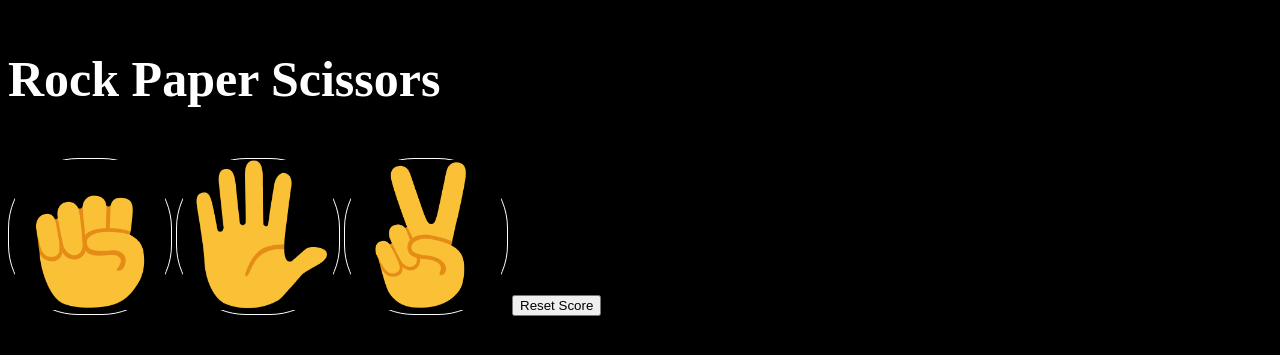
Repository: pgyunknown/Rock_paper_scissors-
Page: index.html
The author's editor kept a copy of each file at every save. The page is drawn from the files as they stood at one save, then again after the next save.
The browser window is 1280 px wide. The pictures show the whole page.

Above is the page before, as saved 2024-08-30 17:05:54.

After the next save:
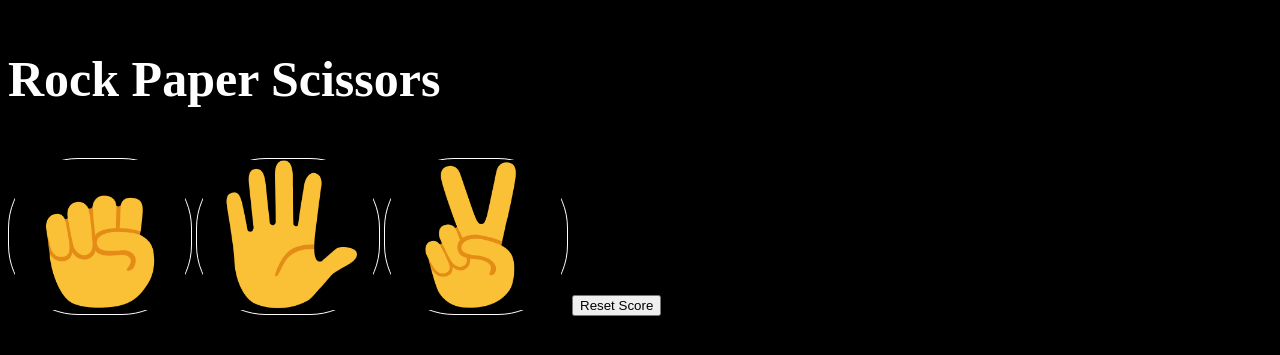
Saved 6 s later.
--- a/index.css
+++ b/index.css
@@ -13,7 +13,7 @@
   background-color: black;
   /* border: 1px solid white;
   border-radius: 70px; */
-  paddin;
+  padding: 0px 10px;
 }
 .emoji{
   background-color: black;

After the save that followed:
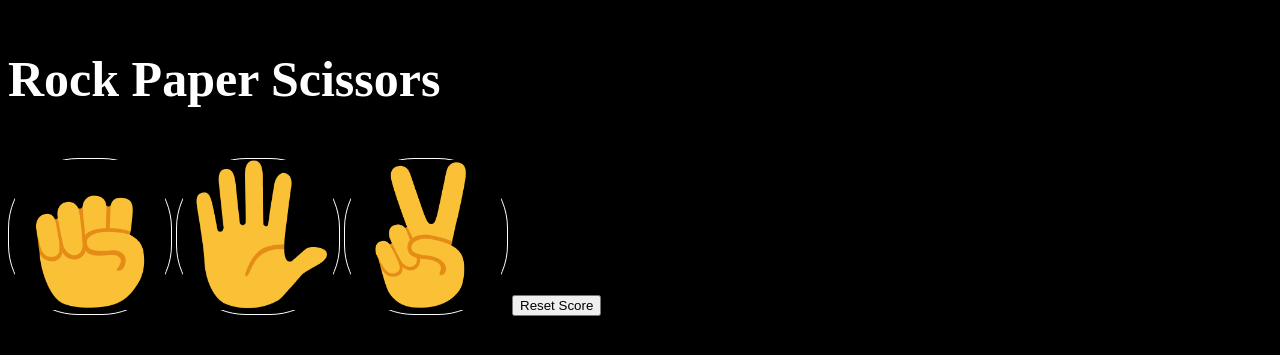
Saved 16 s later.
--- a/index.css
+++ b/index.css
@@ -13,7 +13,6 @@
   background-color: black;
   /* border: 1px solid white;
   border-radius: 70px; */
-  padding: 0px 10px;
 }
 .emoji{
   background-color: black;
